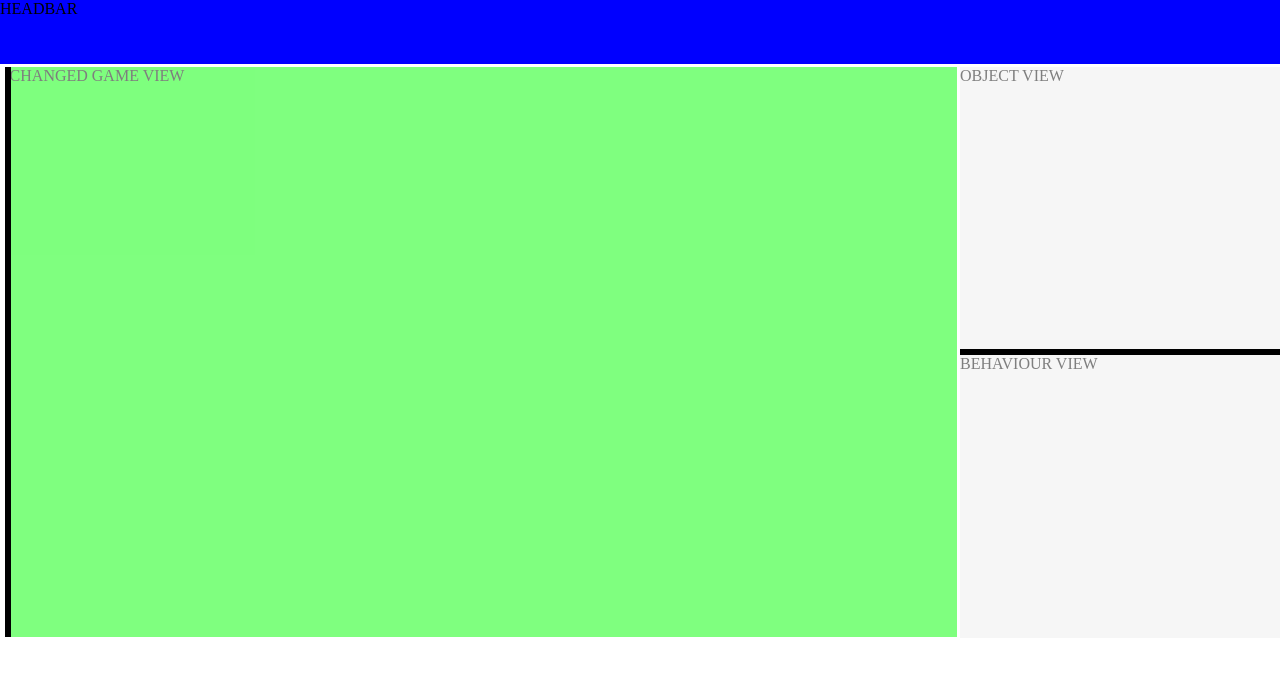
Repository: n-donnelly/onlinegameproto
Page: Content/main.html
The author's editor kept a record of every edit. The page is drawn from the files as they stood at one moment, then again after the next edit.
The browser window is 1280 px wide. The page is 1285 px wide, so the pictures cover 1285 px, including what lies to the right of the window. The pictures show the whole page.

Above is the page before.

### Content/main.html
<!DOCTYPE html>
<!-- HTML5 Hello world by kirupa - http://www.kirupa.com/html5/getting_your_feet_wet_html5_pg1.htm -->
<html lang="en-us">

<head>
<meta charset="utf-8">
<link rel="stylesheet" type="text/css" href="/CSS/main.css">
<title>Online Game Prototyping Tool</title>
</head>

<body>

<div id="header">HEADBAR</div>


<div id="content">
    <div id="gameView">GAME VIEW</div>

    <div class="resize_bar vert_resizer"></div>

    <div id="rightBar">
        <div id="objectView">OBJECT VIEW</div>
        <div class="resize_bar hor_resizer"></div>
        <div id="behaviourView">BEHAVIOUR VIEW</div>
    </div>
</div>
<script src="/scripts/jquery-2.1.3.min.js"></script>
<script src="/scripts/main.js"></script>

</body>
</html>

### CSS/main.css
#header {
    height: 64px;
    background: #0000ff;
    margin-bottom: 0.2em;
}

#gameView {
    float: left;
    background: #00ff00;
    width: 74%;
    height: 89%;
    position: absolute;
    margin-right: 0.4em;
    left: 0.3em;
    opacity: 0.5;
}

#rightBar {
    right: 0.3em;
    width: 25%;
    height:89%;
    position: absolute;
}

#objectView {
    height: 49.5%;
    background: #eee;
    opacity: 0.5;
}

#behaviourView {
    height: 49.5%;
    background: #eee;
    margin-top:6px;
    opacity: 0.5;
}

#content {
    height:89%;
    width: 100%;
    position: absolute;
    margin-right: 0.4em;
    left: 0.3em;
}

.resize_bar {
    background: #000;
    cursor: resize_bar;
}

.hor_resizer {
    height: 6px;
    width: 100%;
    position:absolute;
    right:0px;
}

.vert_resizer {
    width: 6px;
    height:89%;
    float: right;
    position: absolute;
}

body {
    margin: 0px;
}

### scripts/main.js
$("#gameView").html("CHANGED GAME VIEW")

Loaded but not shown: scripts/jquery-2.1.3.min.js (library)

After the next edit:
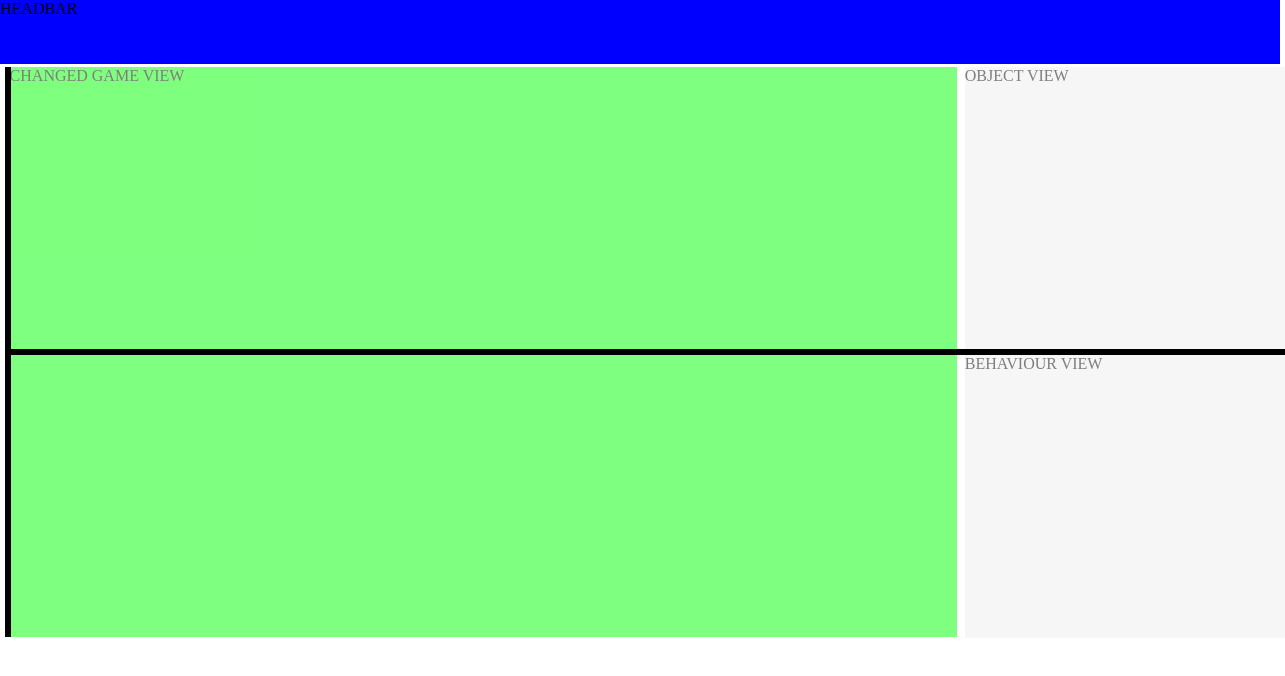
The edit:
--- a/CSS/main.css
+++ b/CSS/main.css
@@ -16,10 +16,9 @@
 }
 
 #rightBar {
-    right: 0.3em;
     width: 25%;
     height:89%;
-    position: absolute;
+    float:right;
 }
 
 #objectView {
